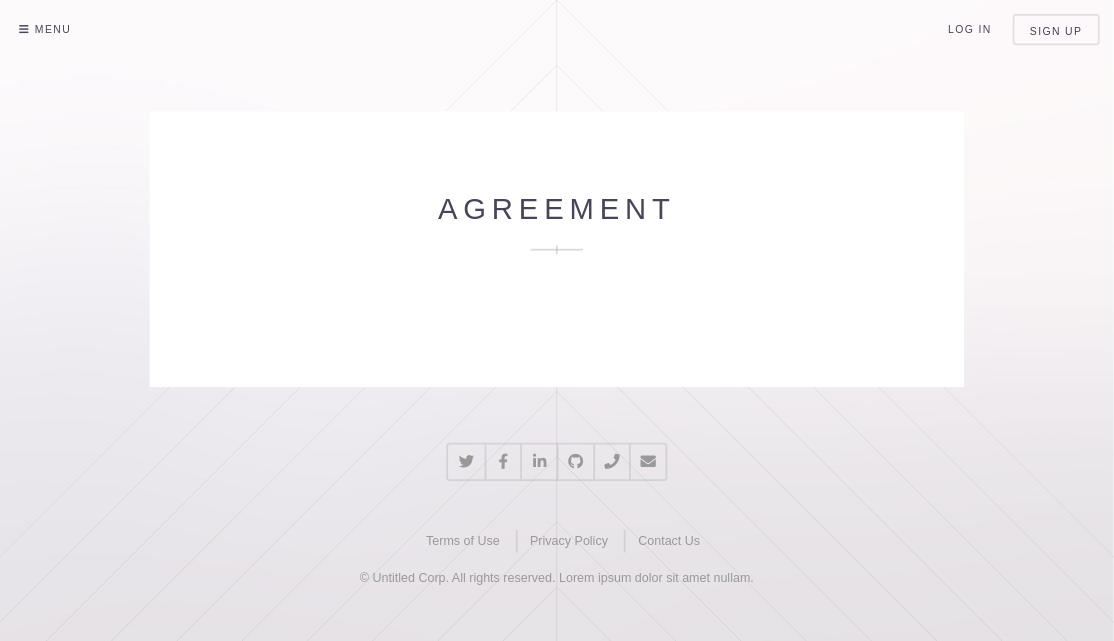
Repository: WKMoon/JavaScript-Project
Page: myFront/WebContent/agreement.html
An editor plug-in stored every save of this project. The page is shown before and after the next save, followed by the edit.
The browser window is 1280 px wide. The pictures show the whole page, at 87% of full size.
An inner scrolling area shows only its first screen. Some web fonts or font styles are not loaded; a fallback is used.

Above is the page before, as saved 2021-02-25 07:03:14.

### myFront/WebContent/agreement.html
<!DOCTYPE html>
<html>
<head>
<meta charset="UTF-8">
<meta name="viewport" content="width=device-width, initial-scale=1, user-scalable=no" />
<link rel="stylesheet" href="assets/css/main.css" />
<title>Sign Up</title>
</head>
	<body class="is-preload">

		<!-- Header -->
			<header id="header">
				<a href="#menu">Menu</a>
				<a href="login.html">Log In</a>
				<a href="signup.html" class="button">Sign Up</a>
			</header>

		<!-- Nav -->
			<nav id="menu">
				<ul class="links">
					<li><a href="index.html">Home</a></li>
					<li><a href="generic.html">Generic</a></li>
					<li><a href="elements.html">Elements</a></li>
				</ul>
				<ul class="actions stacked">
					<li><a href="login.html" class="button primary fit">Log In</a></li>
					<li><a href="signup.html" class="button fit">Sign Up</a></li>
				</ul>
			</nav>


		<!-- Main -->
			<section id="main" class="wrapper style1">
				<div class="inner">

					<!-- Title -->
						<header class="major special">
							<h1>Agreement</h1>
						</header>

					<!-- Content -->
						<div class="content">

						</div>

				</div>
			</section>

		<!-- Footer -->
			<footer id="footer">
				<ul class="alt-icons">
					<li><a href="#" class="icon brands fa-twitter"><span class="label">Twitter</span></a></li>
					<li><a href="#" class="icon brands fa-facebook-f"><span class="label">Facebook</span></a></li>
					<li><a href="#" class="icon brands fa-linkedin-in"><span class="label">LinkedIn</span></a></li>
					<li><a href="#" class="icon brands fa-github"><span class="label">GitHub</span></a></li>
					<li><a href="#" class="icon solid fa-phone"><span class="label">Phone</span></a></li>
					<li><a href="#" class="icon solid fa-envelope"><span class="label">Email</span></a></li>
				</ul>
				<ul class="menu">
					<li><a href="#">Terms of Use</a></li>
					<li><a href="#">Privacy Policy</a></li>
					<li><a href="#">Contact Us</a></li>
				</ul>
				<p class="copyright">
					&copy; Untitled Corp. All rights reserved. Lorem ipsum dolor sit amet nullam.
				</p>
			</footer>

		<!-- Scripts -->
			<script src="assets/js/jquery.min.js"></script>
			<script src="assets/js/jquery.scrolly.min.js"></script>
			<script src="assets/js/jquery.scrollex.min.js"></script>
			<script src="assets/js/browser.min.js"></script>
			<script src="assets/js/breakpoints.min.js"></script>
			<script src="assets/js/util.js"></script>
			<script src="assets/js/main.js"></script>

	</body>
</html>

Loaded but not shown: myFront/WebContent/assets/js/jquery.min.js (library); myFront/WebContent/assets/js/jquery.scrolly.min.js (common file); myFront/WebContent/assets/js/jquery.scrollex.min.js (common file); myFront/WebContent/assets/js/browser.min.js (common file); myFront/WebContent/assets/js/breakpoints.min.js (common file); myFront/WebContent/assets/css/fontawesome-all.min.css (library); myFront/WebContent/assets/js/util.js (587 lines, source omitted); myFront/WebContent/assets/js/main.js (57 lines, source omitted); myFront/WebContent/assets/css/main.css (4487 lines, source omitted)

After the next save:
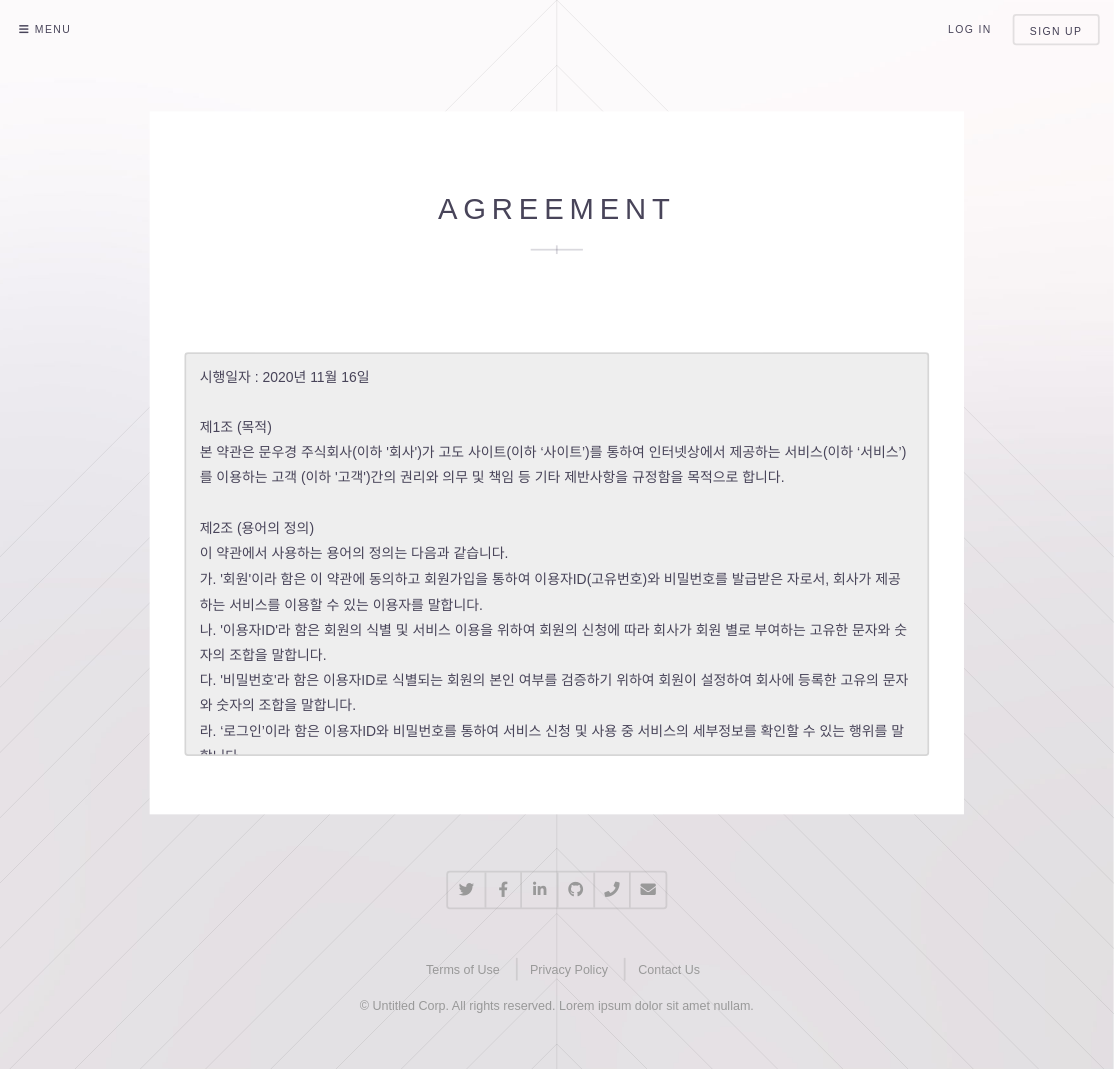
Saved 14 s later.
--- a/myFront/WebContent/agreement.html
+++ b/myFront/WebContent/agreement.html
@@ -40,7 +40,110 @@
 
 					<!-- Content -->
 						<div class="content">
+	<textarea name="term" id="term" rows="15" style="resize:none;  height:100%;" readonly>시행일자 : 2020년 11월 16일
 
+제1조 (목적)
+본 약관은 문우경 주식회사(이하 '회사')가 고도 사이트(이하 ‘사이트’)를 통하여 인터넷상에서 제공하는 서비스(이하 ‘서비스’)를 이용하는 고객 (이하 '고객')간의 권리와 의무 및 책임 등 기타 제반사항을 규정함을 목적으로 합니다.
+
+제2조 (용어의 정의)
+이 약관에서 사용하는 용어의 정의는 다음과 같습니다.
+가. '회원'이라 함은 이 약관에 동의하고 회원가입을 통하여 이용자ID(고유번호)와 비밀번호를 발급받은 자로서, 회사가 제공하는 서비스를 이용할 수 있는 이용자를 말합니다.
+나. '이용자ID'라 함은 회원의 식별 및 서비스 이용을 위하여 회원의 신청에 따라 회사가 회원 별로 부여하는 고유한 문자와 숫자의 조합을 말합니다.
+다. '비밀번호'라 함은 이용자ID로 식별되는 회원의 본인 여부를 검증하기 위하여 회원이 설정하여 회사에 등록한 고유의 문자와 숫자의 조합을 말합니다.
+라. ‘로그인’이라 함은 이용자ID와 비밀번호를 통하여 서비스 신청 및 사용 중 서비스의 세부정보를 확인할 수 있는 행위를 말합니다.
+마. '탈퇴'라 함은 회원이 서비스 이용을 해지하는 것을 말합니다.
+바. ‘휴면ID’ 라 함은 회사에서 정한 일정 기간 동안 사이트 접속 및 미 로그인 시 고객의 정보 악용방지를 위하여 보호되는 계정입니다.
+이 약관에서 사용하는 용어 중 제1항에서 정하지 아니한 것은 관계 법령 및 서비스 별 안내에서 정하는 바에 따르며, 그 외에는 일반 관례에 따릅니다.
+
+제3조 (이용약관의 효력 및 개정)
+1. 이 약관은 사이트를 통해 온라인으로 공시하고 회원의 동의로 효력을 발생합니다. 본 약관의 공시는 사이트에 게시하는 방법으로 합니다.
+2. 회사는 합리적인 사유가 발생할 경우 관련 법령에 위배되지 않는 범위 내에서 약관을 개정할 수 있습니다. 개정된 약관은 사이트를 통해 공지하거나 기타의 방법으로 회원에게 공지함으로써 그 효력이 발생하며, 이용자의 권리 또는 의무에 관한 변경은 최소한 7일 전에 공지합니다.
+3. 변경된 약관에 대한 정보를 알지 못해 발생하는 회원의 피해는 회사에서 책임지지 않습니다.
+4. 회원은 변경된 약관에 동의하지 않을 경우 서비스 이용을 중단하고 회원 탈퇴를 요청할 수 있습니다. 단, 이의가 있음에도 불구하고 제 2항에서 정한 바에 따른 회사의 고지가 있은 후 30일 이내에 이용계약을 하지 않은 회원은 변경된 약관에 동의한 것으로 간주합니다.
+
+제4조 (약관외 준칙)
+회사는 필요한 경우 기타 유ㆍ무료 서비스 내의 운영원칙 또는 개별약관(이하 '서비스 별 약관'이라 합니다)를 정할 수 있으며, 본 약관과 서비스 별 약관의 내용이 상충되는 경우에는 서비스 별 약관의 내용을 우선하여 적용합니다.
+
+제5조 (회원 가입)
+1. 이 약관의 동의는 회원가입 당시 절차 상의 이용약관 및 개인정보처리방침에 동의한다는 의사표시와 함께 회사가 요청하는 정보를 제공하여 회원가입 신청을 완료함으로써 이루어집니다.
+2. 회원으로 가입하여 서비스를 이용하고자 하는 이용자는 회사에서 요청하는 제반 정보(개인정보처리방침 제 1항 ‘수집하는 개인정보의 항목’)를 제공하여야 합니다.
+3. 회원은 반드시 회원 본인의 정보를 제공하여야만 서비스를 이용할 수 있으며, 타인의 정보를 도용하거나 허위의 정보를 등록하는 등 본인의 정확한 정보를 등록하지 않은 회원은 서비스 이용과 관련하여 아무런 권리를 주장할 수 없으며, 관계 법령에 따라 처벌 받을 수 있습니다. 또한 제 3자에게 야기한 손해를 배상할 책임이 있으며, 회사는 허위의 정보를 기재한 회원의 서비스 이용 자격을 제한할 수 있습니다.
+
+제6조 (개인정보의 보호 및 사용)
+1. 회사는 관계 법령이 정하는 바에 따라 회원의 개인정보를 보호하기 위해 노력합니다. 개인정보의 보호 및 사용에 관해서는 관계 법령 및 회사의 개인정보처리방침에 정한 바에 의합니다. 단, 회원은 이용자ID 및 비밀번호 등이 타인에게 노출되지 않도록 철저히 관리해야 하며 회사는 회원의 귀책사유로 인해 노출된 정보에 대해서 책임을 지지 않습니다.
+2. 회사는 고객이 제공하는 개인정보를 본 서비스 이외의 목적을 위하여 사용할 수 없습니다.
+3. 회사는 고객이 제공한 개인정보를 고객의 사전 동의 없이 제 3자에게 제공할 수 없습니다. 단, 다음 각 호에 해당하는 경우에는 예외로 합니다.
+가. 도메인이름 검색서비스를 제공하는 경우
+나. 전기통신기본법 등 관계법령에 의하여 국가기관의 요청이나 범죄에 대한 수사상의 목적이 있거나 정보통신윤리위원회의 요청이 있는 경우
+다. 통계작성, 홍보자료, 시장조사를 위하여 필요한 경우로서 특정 고객임을 식별할 수 없는 형태로 제공되는 경우
+
+제7조 (회원에 대한 통지 및 정보제공)
+1. 회사가 회원에 대하여 통지하는 경우 회원이 회사에 등록한 전자우편 주소나 휴대전화번호, 유선전화번호로 할 수 있습니다.
+2. 회사는 불특정다수 회원에게 통지를 해야 할 경우 고도 공지게시판을 통해 7일 이상 게시함으로써 개별 통지에 갈음할 수 있습니다.
+3. 회사는 회원에게 서비스 이용에 필요가 있다고 인정되는 각종 정보에 대해서 전자우편이나 서신, 우편, SMS, 전화 등의 방법으로 회원에게 제공할 수 있습니다.
+4. 회사는 서비스 개선 및 회원 대상의 서비스 소개 등의 목적으로 회원의 동의 하에 관련 법령에 따라 추가적인 개인 정보를 수집할 수 있습니다.
+
+제8조(서비스의 이용 시간 및 중단)
+1. 서비스 이용은 회사의 업무상 또는 기술상 특별한 지장이 없는 한 연중무휴, 1일 24시간 운영을 원칙으로 합니다. 단, 회사는 시스템 정기점검, 증설 및 교체를 위해 회사가 정한 날이나 시간에 서비스를 일시 중단할 수 있으며, 예정되어 있는 작업으로 인한 서비스 일시 중단은 고도를 통해 사전에 사이트를 통하여 공지합니다.
+2. 회사는 긴급한 시스템 점검, 증설 및 교체, 설비의 장애, 서비스 이용의 폭주, 국가비상사태, 정전 등 부득이한 사유가 발생한 경우 사전 예고 없이 일시적으로 서비스의 전부 또는 일부를 중단할 수 있습니다.
+3. 회사는 서비스 개편 등 서비스 운영 상 필요한 경우 전부 또는 일부 서비스의 제공을 중단할 수 있으며 회원에게 사전 예고 또는 사후 통보 합니다.
+
+제9조 (회사의 의무)
+1. 회사는 본 약관이 정하는 바에 따라 지속적이고 안정적인 서비스를 제공하기 위해서 노력합니다.
+2. 회사는 회원의 개인정보 보호를 위해 보안 시스템을 구축하며 개인정보 처리방침을 공시하고 준수합니다.
+3. 회사는 공정하고 건전한 운영을 위해 최선을 다하고 지속적인 연구개발을 통하여 양질의 서비스를 제공함으로써 고객만족을 극대화하여 인터넷 사업 발전에 기여합니다.
+4. 회사는 회원으로부터 제기되는 의견이나 불편사항이 정당하다고 객관적으로 인정될 경우에는 적절한 절차를 통해 즉시 처리하여야 합니다. 다만, 신속한 처리가 곤란한 경우는 회원에게 그 사유와 처리일정을 통보하여야 합니다.
+
+제10조 (회원의 의무)
+1. 회원은 회원가입 신청 또는 회원정보 변경 시 모든 사항을 사실에 근거하여 본인의 실제 정보로 작성하여야 하며, 허위 또는 타인의 정보를 등록할 경우 이와 관련된 모든 권리를 주장할 수 없습니다.
+2. 회원은 본 약관에서 규정하는 사항과 기타 회사가 정한 제반 규정, 공지사항 등 회사가 공지하는 사항 및 관계 법령을 준수하여야 하며, 기타 회사의 업무에 방해가 되는 행위, 회사의 명예를 손상시키는 행위, 타인에게 피해를 주는 행위를 해서는 안됩니다.
+3. 회원은 주소, 연락처, 전자우편 주소 등 회원의 이용정보가 변경된 경우에 해당 절차를 거쳐 이를 회사에 즉시 알려야 합니다.
+4. 회원은 회원ID, 비밀번호 등이 타인에게 노출되지 않도록 철저한 관리 책임이 있습니다.
+5. 회원은 회원ID, 비밀번호 등이 도난 당하거나 제 3자가 사용하고 있음을 인지한 경우에는 즉시 회사에 통보하고 회사의 안내가 있는 경우에는 그에 따라야 합니다.
+6. 회사는 회원의 상기 제1항, 제 2항, 제 3항, 제 4항, 제 5항을 위반하여 회원에게 발생한 손해에 대하여 어떠한 책임도 부담하지 않습니다.
+
+제11조 (회원 탈퇴 및 자격 상실)
+1. 회원은 회사에 언제든지 회원 탈퇴를 요청할 수 있으며 회사는 요청을 받은 즉시 해당 회원의 회원 탈퇴를 위한 절차를 밟아 고도 개인정보처리방침에 따라 회원 등록을 말소합니다.
+2. 회사의 모든 서비스에서 이용중인 서비스의 기간이 남아있는 회원이 탈퇴 요청하였을 경우 회원탈퇴로 인한 서비스의 중지 또는 피해는 회원탈퇴 이용자에게 있습니다.
+3. 회원이 서비스 이용에 있어서 본 약관 제 10조 내용을 위반하거나, 다음 각 호의 사유에 해당하는 경우 회사는 직권으로 회원자격 상실 및 회원탈퇴의 조치를 할 수 있습니다.
+가. 다른 사람의 명의를 사용하여 가입 신청한 경우
+나. 신청 시 필수 작성 사항을 허위로 기재한 경우
+다. 관계법령의 위반을 목적으로 신청하거나 그러한 행위를 하는 경우
+라. 사회의 안녕질서 또는 미풍양속을 저해할 목적으로 신청하거나 그러한 행위를 하는 경우
+마. 다른 사람의 회사 서비스 이용을 방해하거나 그 정보를 도용하는 등 전자거래질서를 위협하는 경우
+바. 관계 법령 위배와 본 약관이 금지하는 행위를 하는 회원 경우
+4. 회사가 직권으로 회원탈퇴 처리를 하고자 하는 경우에는 말소 전에 회원에게 소명의 기회를 부여합니다.
+
+제12조 (휴면ID 관리)
+1. 회사는 서비스 미 이용 및 1년 이상 사이트 로그인을 하지 않은 경우 해당 이용자ID 및 개인정보를 휴면ID로 별도 관리합니다.
+2. 회사는 휴면ID 대상 회원에게 전환 30일 전에 고지의 의무를 다 해야 하며, 휴면ID를 이용하여 사이트 로그인 시도 시 회원가입 당시 요청한 제반 정보 확인 후 바로 이용자 ID로 전환이 이루어집니다.
+
+제13조 (손해배상)
+1. 회사는 서비스에서 무료로 제공하는 서비스의 이용과 관련하여 개인정보보호정책에서 정하는 내용에 해당하지 않는 사항에 대하여 어떠한 손해도 책임을 지지 않습니다.
+
+제14조 (면책조항)
+1. 회사는 천재지변, 전쟁, 기간통신사업자의 서비스 중지 및 기타 이에 준하는 불가항력으로 인하여 서비스를 제공할 수 없는 경우에는 서비스 제공에 대한 책임 지지 않습니다.
+2. 회사는 서비스용 설비의 보수, 교체, 정기점검, 공사 등 부득이한 사유로 발생한 손해에 대한 책임이 면제됩니다.
+3. 회사는 회원이 서비스에 게재한 정보, 자료, 사실의 정확성, 신뢰성 등 그 내용에 관하여는 어떠한 책임을 부담하지 아니하고, 회원은 자기의 책임아래 서비스를 이용하며, 서비스를 이용하여 게시 또는 전송한 자료 등에 관하여 손해가 발생하거나 자료의 취사선택, 기타 서비스 이용과 관련하여 어떠한 불이익이 발생하더라도 이에 대한 모든 책임은 회원에게 있습니다.
+4. 회사가 제공하는 정보와 자료는 거래의 목적으로 이용될 수 없습니다. 따라서 본 서비스의 정보와 자료 등에 근거한 거래는 전적으로 회원자신의 책임과 판단아래 수행되는 것이며, 회사는 회원이 서비스의 이용과 관련하여 기대하는 이익에 관하여 책임을 부담하지 않습니다.
+5. 회사는 회원이 서비스를 이용하여 기대하는 수익을 얻지 못하거나 상실한 것에 대하여 책임을 지지 않으며, 서비스를 이용하면서 얻은 자료로 인한 손해에 대하여 책임을 지지 않습니다.
+6. 회사는 회원의 게시물을 등록 전에 사전심사 하거나 상시적으로 게시물의 내용을 확인 또는 검토하여야 할 의무가 없으며, 그 결과에 대한 책임을 지지 아니합니다.
+
+제15조 (약관의 해석 및 관할법원)
+1. 본 약관에 명시되지 않은 사항은 관계 법령과 상관례에 따릅니다.
+2. 회사의 개별 유ㆍ무료 서비스 이용 회원의 경우 당해 서비스와 관련하여서는 회사가 별도로 정한 약관 및 정책에 따릅니다.
+3. 회원과 회사 사이에 발생한 분쟁에 대해 소송이 제기되는 경우 관할 법원은 서울중앙지방법원으로 합니다.
+
+제16조 (재판관할 및 준거법)
+1. 이 약관에 명시되지 않은 사항은 전기통신사업법 등 대한민국의 관계법령과 상관습에 따릅니다.
+2. 회사의 정액 서비스 회원 및 기타 유료 서비스 이용 회원의 경우 당해 서비스와 관련하여서는 회사가 별도로 정한 약관 및 정책에 따릅니다.
+3. 이 약관 및 서비스의 이용과 관련된 분쟁에 관한 소송은 회사의 본사 소재지를 관할하는 법원에 제기합니다.
+
+
+부칙 (시행일)
+본 약관은 2020년 11월 16일부터 적용하고, 2016년 5월 2일부터 시행되던 종전의 약관은 본 약관으로 대체합니다.
+
+												</textarea>
 						</div>
 
 				</div>
